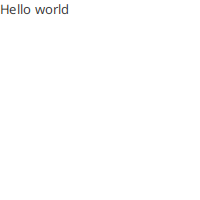
Repository: neolee11/task-list-javaFx
Program's window: java task-list-javaFx/src/application/Main.java
The author's editor kept a copy of each file at every save. The program's window is drawn from the files as they stood at one save, then again after the next save.
It runs on Java 21 on a 1366 x 768 screen with JavaFX 11; the title bar is not drawn.

Above is the program's window before, as saved 2017-07-23 17:59:30.

After the next save:
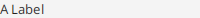
Saved 2 min 5 s later.
--- a/task-list-javaFx/src/application/Main.java
+++ b/task-list-javaFx/src/application/Main.java
@@ -2,16 +2,22 @@
 
 
 import javafx.application.Application;
+import javafx.fxml.FXMLLoader;
 import javafx.stage.Stage;
 import javafx.scene.Group;
 import javafx.scene.Scene;
 import javafx.scene.control.Label;
 import javafx.scene.layout.BorderPane;
+import javafx.scene.layout.StackPane;
 
+//Stage
+//Scene
+//Pane, Group - contains controls
+//Control
 
 // Application = JavaFx Application
 // Life-cycle
-// main
+// main - Application.launch(args)
 // Application.init
 // Application.start
 // Stage.show
@@ -20,20 +26,16 @@
 	@Override
 	public void start(Stage primaryStage) {
 		try {
+			FXMLLoader loader = new FXMLLoader();
+			loader.setLocation(getClass().getResource("uiMarkup.fxml"));
 
+			StackPane root = loader.load();
 
-			BorderPane root = new BorderPane();
-			Scene scene = new Scene(root,400,400);
+			Scene scene = new Scene(root);
+			scene.getStylesheets().add(getClass().getResource("application.css").toExternalForm());
 
-			Group group = new Group(new Label("Hello world"));
-			Scene scene1 = new Scene(group, 200, 200);
-
-
-			scene.getStylesheets().add(getClass().getResource("application.css").toExternalForm());
 			primaryStage.setScene(scene);
-			primaryStage.setScene(scene1);
 			primaryStage.show();
-
 
 		} catch(Exception e) {
 			e.printStackTrace();
@@ -44,9 +46,3 @@
 		launch(args);
 	}
 }
-
-
-//Stage
-//Scene
-//Group - like a container
-//Control
